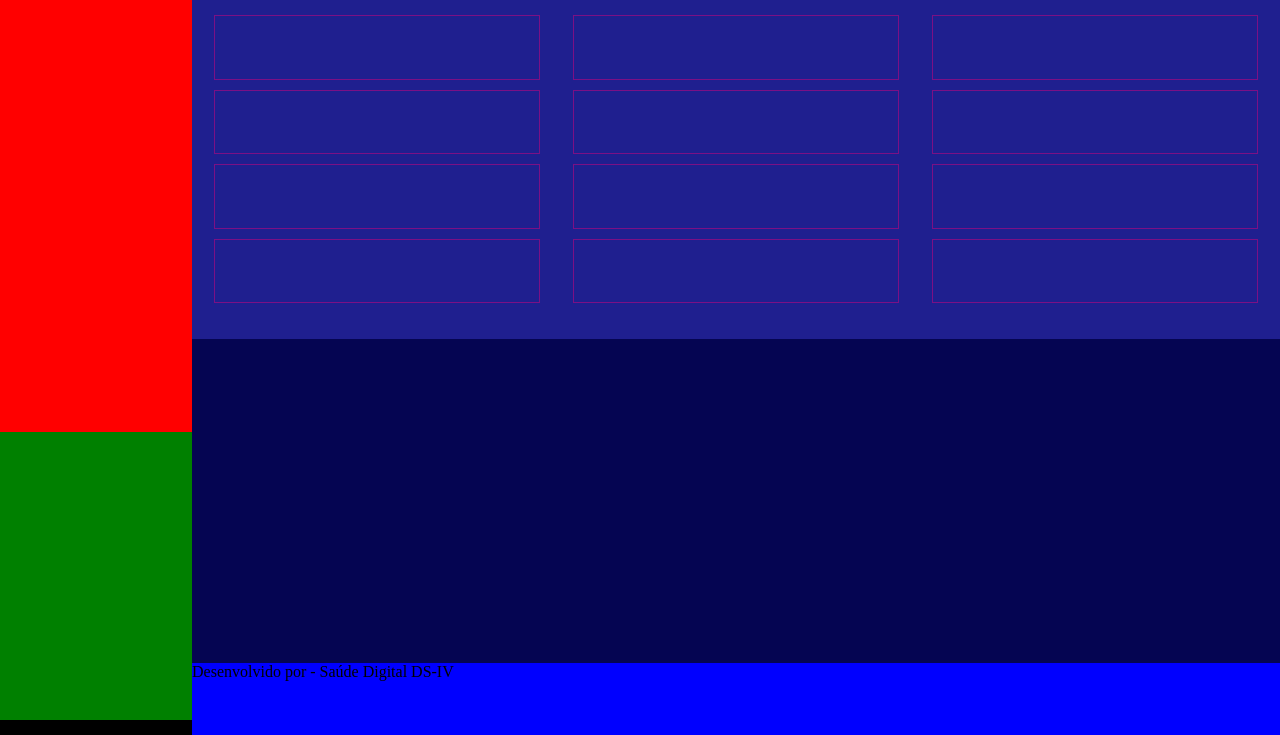
Repository: br-on/ddaf-chamados
Page: index.html
These files come from the project's save history. The page is drawn as it stood at one moment and after the next save; the edit follows.
The browser window is 1280 px wide. The pictures show the whole page.

Above is the page before, as saved 2025-01-19 20:36:39.

After the next save:
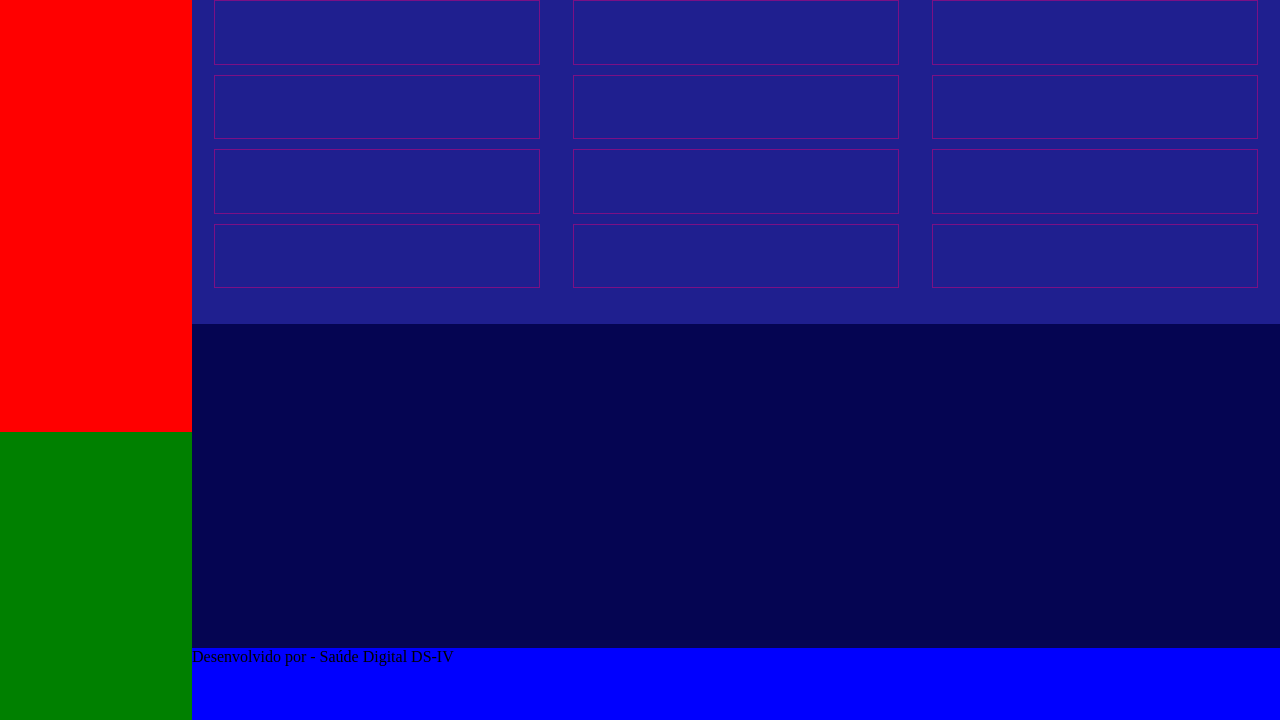
Saved 9 s later.
--- a/style.css
+++ b/style.css
@@ -25,7 +25,6 @@ main {
 }
 .tipos-demandas {
     height: 45%;
-    padding-top: 15px;
     background-color: rgb(31, 31, 143);
     display: grid;
     justify-content: center;
